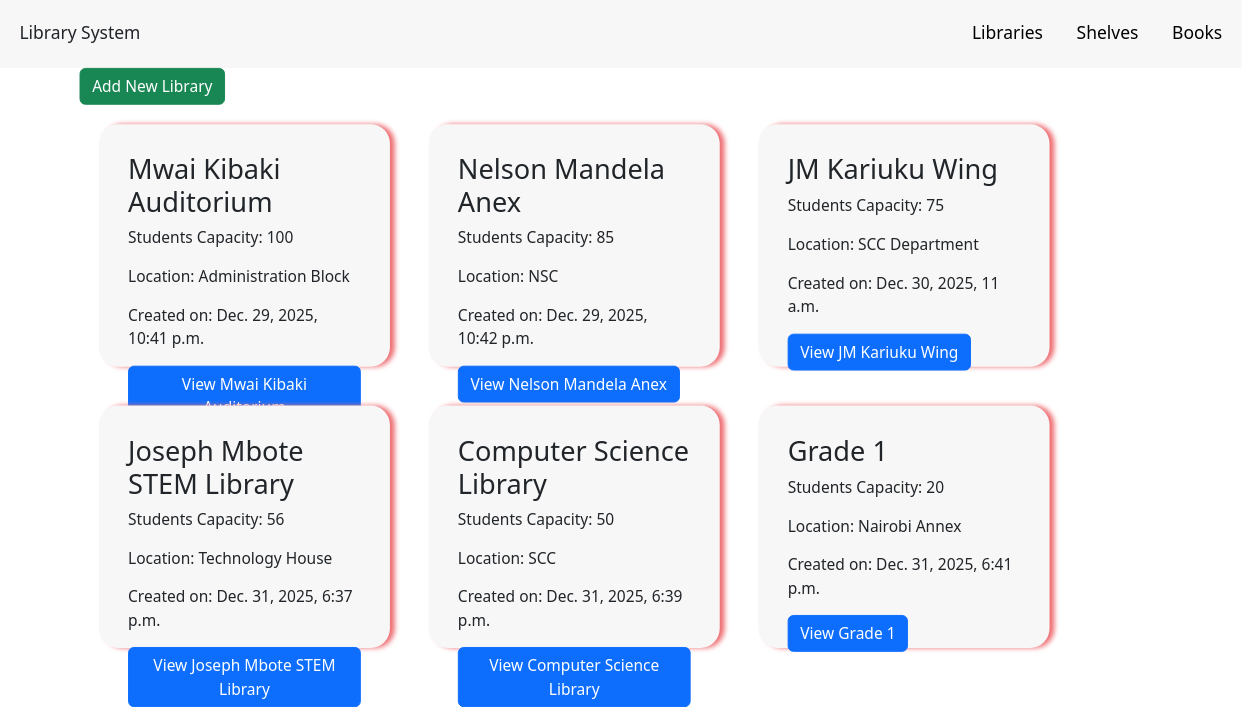
Repository: Mbote-Joseph/Library-Shelves-Books-Managements
Page: http://localhost/libraries
These files come from the project's save history. The page is drawn as it stood at one moment and after the next save; the edit follows.
The browser window is 1280 px wide. The pictures show the whole page, at 97% of full size.
The page is served by the project's application, run on Django 5.2 (manage.py). The page reads the database file committed with the project.

Above is the page before, as saved 2025-12-31 21:41:06.

After the next save:
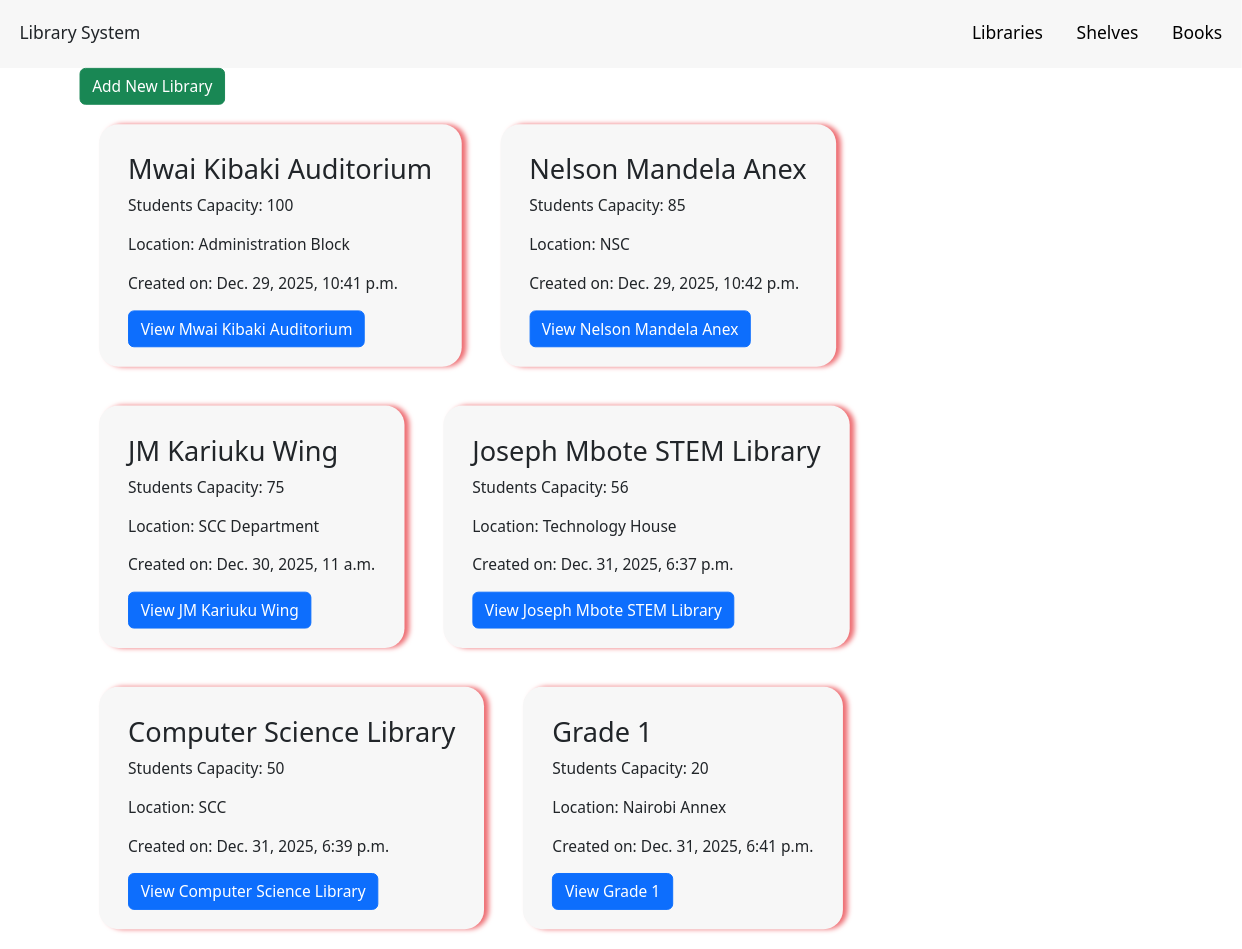
Saved 2 min 40 s later.
--- a/static/css/styles.css
+++ b/static/css/styles.css
@@ -33,7 +33,7 @@
 }
 
 .library {
-    width: 300px;
+    min-width: 300px;
     /* min-width: 200px; */
     height: 250px;
     /* max-height: 400px; */
@@ -48,6 +48,7 @@
 .cards{
     display: flex;
     flex-wrap: wrap;
+
 }
 
 .shelf {
